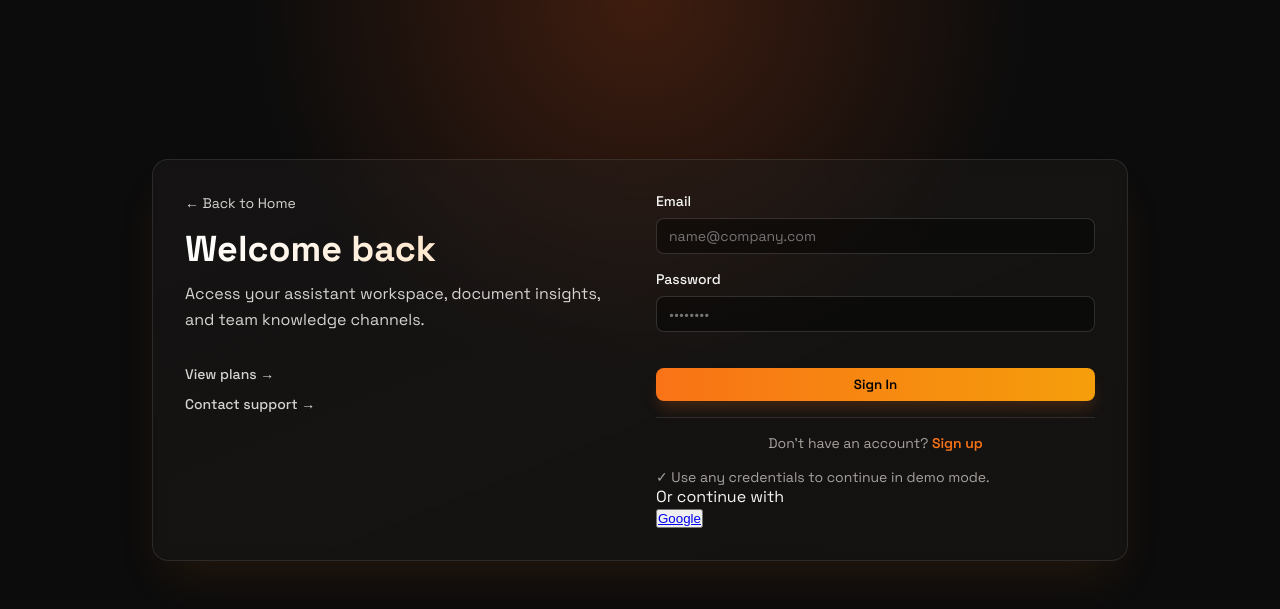
Repository: 4hmedshanu/RAG_Project_collage
Page: http://localhost/loginpage
These files come from the project's save history. The page is drawn as it stood at one moment and after the next save; the edit follows.
The browser window is 1280 px wide. The pictures show the whole page.
The page is this project's Thymeleaf template; nobody is signed in. The template is opened directly, without the code that normally fills it, so the values that code supplies are empty.

Above is the page before, as saved 2026-06-01 22:06:13.

After the next save:
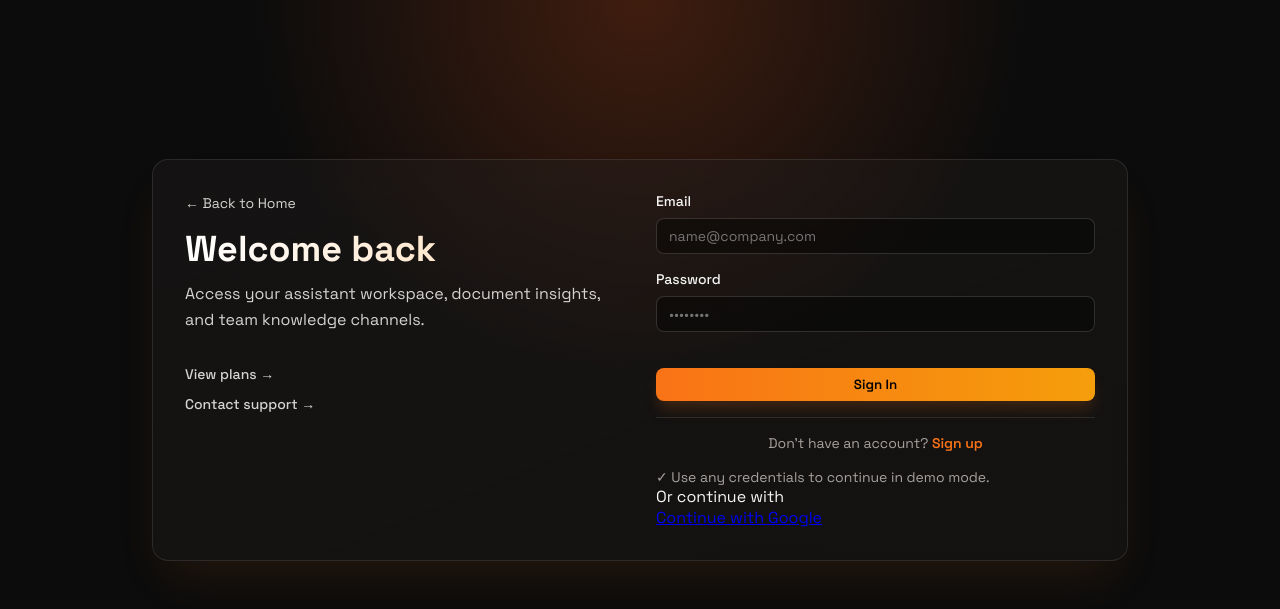
Saved 3 min 34 s later.
--- a/frontenddoc/src/main/resources/templates/loginpage.html
+++ b/frontenddoc/src/main/resources/templates/loginpage.html
@@ -40,7 +40,8 @@
         <div class="sso-section">
           <p class="sso-text">Or continue with</p>
           <div class="sso-buttons">
-            <button type="button" class="btn-sso"> <a href="/oauth2/authorization/google">Google</a></button>
+            <a href="/oauth2/authorization/google" class="btn-sso"> Continue with Google</a>
+
           </div>
         </div>
 
